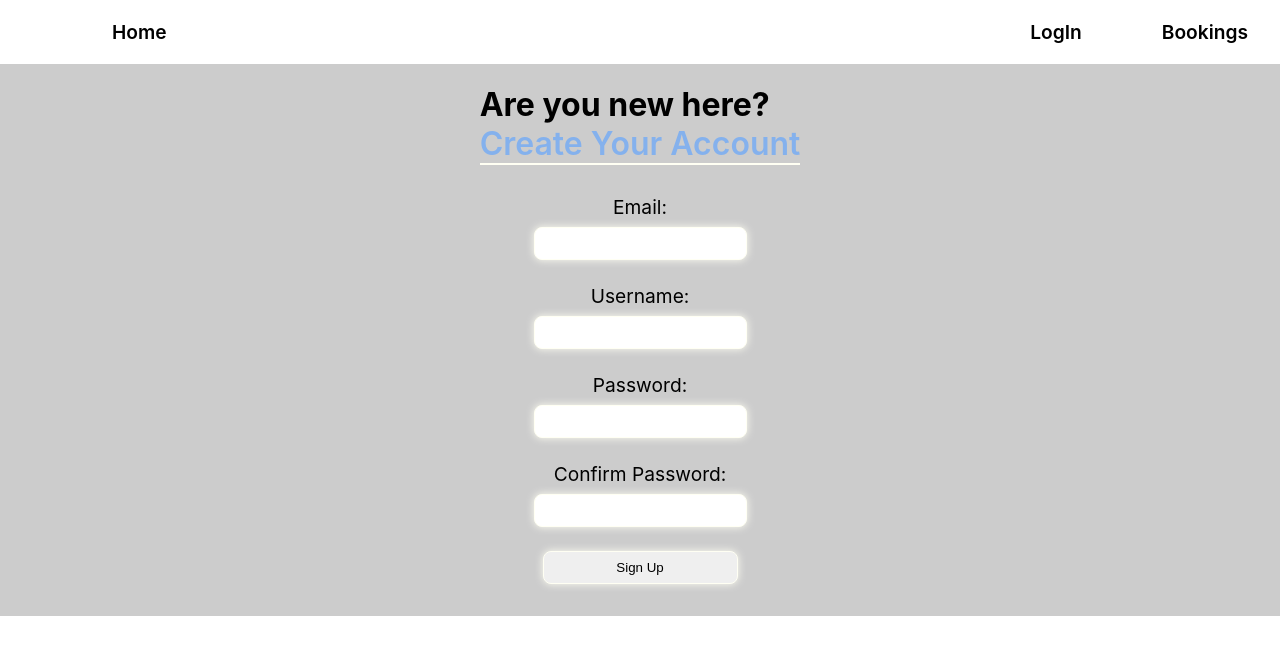
Repository: MikkyPrestige/fake-user-authentication
Page: /signUp
These files come from the project's save history. The page is drawn as it stood at one moment and after the next save; the edit follows.
The browser window is 1280 px wide. The pictures show the whole page.
The project was rebuilt for these pictures with package versions that can differ from the ones it lists, and the page was loaded fresh each time. Also part of the build but not shown: src/assets/styles/home.css, src/components/home.jsx, src/assets/styles/booking.css, src/components/booking.jsx, src/components/fallBack.jsx, src/assets/styles/error.css, src/components/error.jsx, src/assets/styles/login.css and 3 more.

Above is the page before, as saved 2022-11-24 18:49:23.

After the next save:
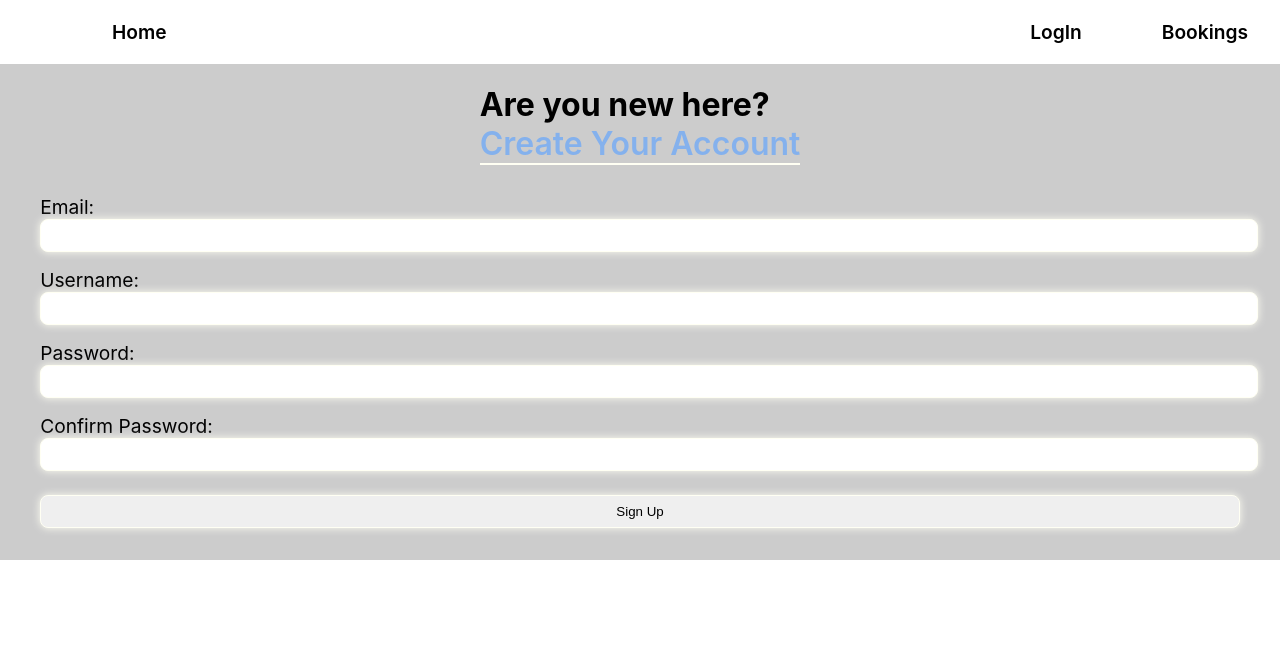
Saved 46 s later.
--- a/src/profile/signUp.jsx
+++ b/src/profile/signUp.jsx
@@ -72,6 +72,7 @@
       <div className="signUp__container">
       <h1 className="signUp__title">Are you new here? <span>Create Your Account</span></h1>
       <form className="signUp__form" onSubmit={handleSubmit}>
+        <div className="signUp__form__group">
       <label className="signUp__label" htmlFor="email">
           Email:
         </label>
@@ -113,6 +114,7 @@
           onChange={handleChange}
         />
         {error && <div className="signUp__error">{error}</div>}
+        </div>
         <button className="signUp__btn" type="submit">
           Sign Up
         </button>

After the save that followed:
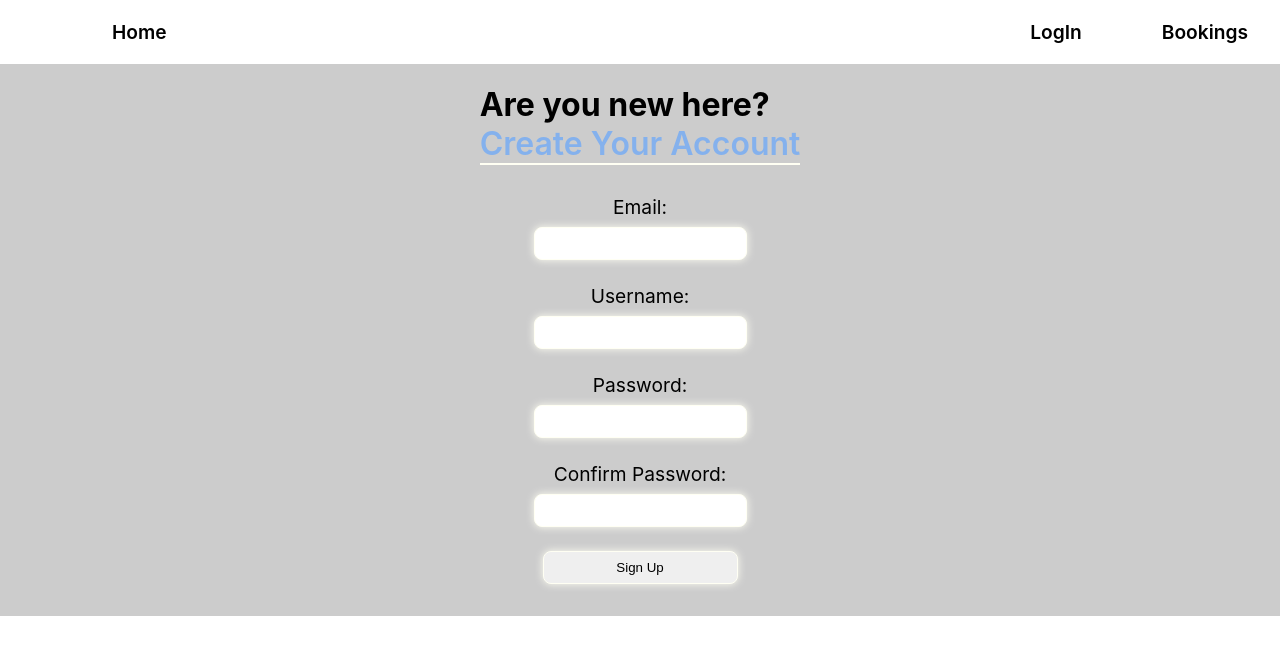
Saved 32 s later.
--- a/src/profile/signUp.jsx
+++ b/src/profile/signUp.jsx
@@ -72,7 +72,6 @@
       <div className="signUp__container">
       <h1 className="signUp__title">Are you new here? <span>Create Your Account</span></h1>
       <form className="signUp__form" onSubmit={handleSubmit}>
-        <div className="signUp__form__group">
       <label className="signUp__label" htmlFor="email">
           Email:
         </label>
@@ -114,7 +113,6 @@
           onChange={handleChange}
         />
         {error && <div className="signUp__error">{error}</div>}
-        </div>
         <button className="signUp__btn" type="submit">
           Sign Up
         </button>
